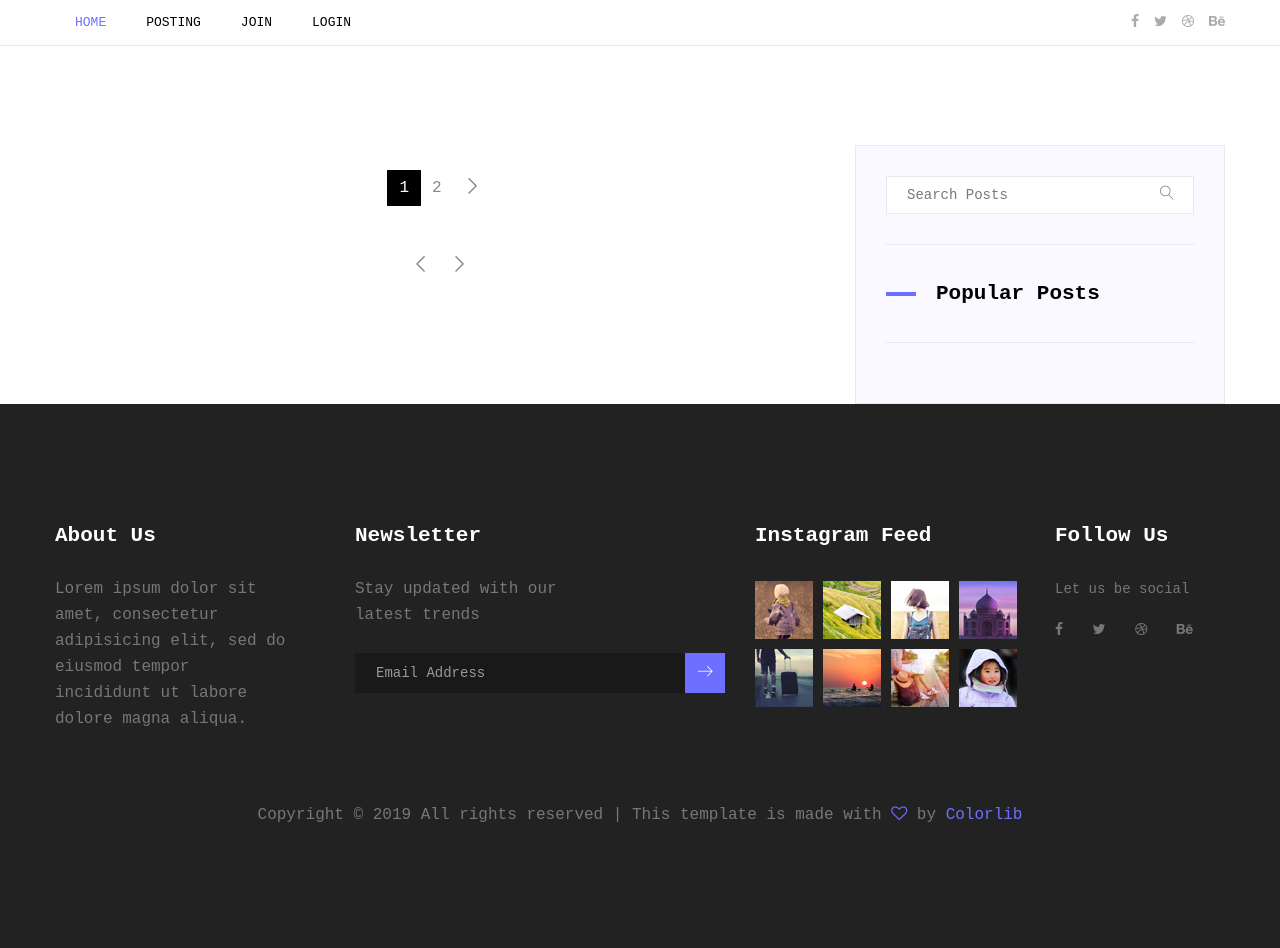
Repository: heonyKim/JSP
Page: http://localhost/blog/board?cmd=list&page=1
The author's editor kept a copy of each file at every save. The page is drawn from the files as they stood at one save, then again after the next save.
The browser window is 1280 px wide. The pictures show the whole page.
Some web fonts or font styles are not loaded; a fallback is used. The page is served by Tomcat 9. Other server files are loaded and not shown. Queries for data that is not in the repository find no rows.

Above is the page before, as saved 2019-11-01 01:40:50.

### blog_project/blog/WebContent/board/list.jsp
<%@ page language="java" contentType="text/html; charset=UTF-8" pageEncoding="UTF-8"%>
<%@ taglib prefix="c" uri="http://java.sun.com/jsp/jstl/core"%>


<!-- import nav.jsp -->
<%@ include file="/include/nav.jsp"%>

<!--================Blog Area =================-->
<section class="blog_area">
	<div class="container">
		<div class="row">
			<div class="col-lg-8">
				<div class="blog_left_sidebar">


					<!-- 페이징 하기 -->
					<nav class="blog-pagination justify-content-center d-flex">
						<ul class="pagination">

							<c:if test="${param.page gt 1}">
							<li class="page-item"><a href="/blog/board?cmd=list&page=${param.page-1}" class="page-link" aria-label="Previous"> <span aria-hidden="true"> <span class="lnr lnr-chevron-left"></span>
								</span>
							</a>
							</li>
							</c:if>
							<c:if test="${param.page-1 gt 0}">


								<li class="page-item"><a href="#" class="page-link">${param.page-1}</a></li>
							</c:if>

							<li class="page-item active"><a href="#" class="page-link">${param.page}</a></li>


							<li class="page-item"><a href="#" class="page-link">${param.page+1}</a></li>


							<li class="page-item"><a href="/blog/board?cmd=list&page=${param.page+1}" class="page-link" aria-label="Next"> <span aria-hidden="true"> <span class="lnr lnr-chevron-right"></span>
								</span>
							</a></li>

						</ul>
					</nav>
					<!-- 페이징 끝 -->

					<c:forEach var="board" items="${boards}">
						<!--시작-->
						<article class="blog_style1">
							<div class="blog_img">
								<img class="img-fluid" style="width: 100%; max-height: 340px;" src="${board.previewImg}" alt="">
							</div>
							<div class="blog_text">
								<div class="blog_text_inner">
									<div class="cat">
										<a class="cat_btn" href="#">${board.user.username }</a> <a href="#"><i class="fa fa-calendar" aria-hidden="true"></i> ${board.createDate }</a> <a href="#"><i class="fa fa-comments-o"
											aria-hidden="true"></i> ${board.readCount }</a>
									</div>
									<a href="#"><h4>${board.title}</h4></a>
									<div class="board_list_content">${board.content }</div>
									<a class="blog_btn" href="/blog/board?cmd=detail&id=${board.id}">Read More</a>
								</div>
							</div>
						</article>
						<!--끄읕 -->
					</c:forEach>


					<!-- 페이징 하기 -->
					<nav class="blog-pagination justify-content-center d-flex">
						<ul class="pagination">
							<li class="page-item"><a href="/blog/board?cmd=list&page=${param.page-1}" class="page-link" aria-label="Previous"> <span aria-hidden="true"> <span class="lnr lnr-chevron-left"></span>
								</span>
							</a></li>

							<li class="page-item"><a href="/blog/board?cmd=list&page=${param.page+1}" class="page-link" aria-label="Next"> <span aria-hidden="true"> <span class="lnr lnr-chevron-right"></span>
								</span>
							</a></li>
						</ul>
					</nav>
					<!-- 페이징 끝 -->

				</div>
			</div>
			<div class="col-lg-4">
				<div class="blog_right_sidebar">
					<aside class="single_sidebar_widget search_widget">
						<div class="input-group">
							<input type="text" class="form-control" placeholder="Search Posts"> <span class="input-group-btn">
								<button class="btn btn-default" type="button">
									<i class="lnr lnr-magnifier"></i>
								</button>
							</span>
						</div>
						<!-- /input-group -->
						<div class="br"></div>
					</aside>

					<aside class="single_sidebar_widget popular_post_widget">
						<h3 class="widget_title">Popular Posts</h3>


						<!-- 인기게시물 TOP3 -->
						<c:forEach var="board" items="${hotBoards}">

							<div class="media post_item">
								<img src="${board.previewImg}" width="100px" height="60px" alt="post">
								<div class="media-body">
									<a href="/blog/board?cmd=detail&id=${board.id}"><h3>${board.title }</h3></a>
									<p>${board.createDate}</p>
								</div>
							</div>

						</c:forEach>
						<!-- 인기게시물 TOP3 -->


						<div class="br"></div>
					</aside>
				</div>
			</div>
		</div>
	</div>
</section>


<!--================Blog Area =================-->

<!-- import footer.jsp -->
<%@ include file="/include/footer.jsp"%>

### blog_project/blog/WebContent/include/nav.jsp
<%@ page language="java" contentType="text/html; charset=UTF-8" pageEncoding="UTF-8"%>
<%@ taglib prefix="c" uri="http://java.sun.com/jsp/jstl/core"%>
<!doctype html>
<html lang="en">
<head>
<!-- Required meta tags -->
<meta charset="utf-8">
<meta name="viewport" content="width=device-width, initial-scale=1, shrink-to-fit=no">
<link rel="icon" href="/blog/img/favicon.png" type="image/png">
<title>Blog</title>
<!-- Bootstrap CSS -->
<link rel="stylesheet" href="/blog/css/bootstrap.css">
<link rel="stylesheet" href="/blog/vendors/linericon/style.css">
<link rel="stylesheet" href="/blog/css/font-awesome.min.css">
<link rel="stylesheet" href="/blog/vendors/owl-carousel/owl.carousel.min.css">
<link rel="stylesheet" href="/blog/vendors/lightbox/simpleLightbox.css">
<link rel="stylesheet" href="/blog/vendors/nice-select/css/nice-select.css">
<link rel="stylesheet" href="/blog/vendors/animate-css/animate.css">
<link rel="stylesheet" href="/blog/vendors/jquery-ui/jquery-ui.css">
<!-- main css -->
<link rel="stylesheet" href="/blog/css/style.css">
<link rel="stylesheet" href="/blog/css/responsive.css">
<style>
.board_list_content {
	display:block;
	display: -webkit-box;
	-webkit-box-orient: vertical;
	text-align: left;
	overflow: hidden;
	text-overflow: ellipsis;
	white-space: normal;
	line-height: 1.4;
	height : 2.6em;
	-webkit-line-clamp: 2;
	margin-bottom: 20px;
	word-break: break-all;
}
</style>
</head>
<body>

	<!--================Header Menu Area =================-->
	<header class="header_area">
		<div class="main_menu">
			<nav class="navbar navbar-expand-lg navbar-light">
				<div class="container box_1620">
					<!-- Brand and toggle get grouped for better mobile display -->
					<a class="navbar-brand logo_h" href="/blog/index.jsp"><img src="/blog/img/logo.png" alt=""></a>
					<button class="navbar-toggler" type="button" data-toggle="collapse" data-target="#navbarSupportedContent" aria-controls="navbarSupportedContent" aria-expanded="false"
						aria-label="Toggle navigation">
						<span class="icon-bar"></span> <span class="icon-bar"></span> <span class="icon-bar"></span>
					</button>
					<!-- Collect the nav links, forms, and other content for toggling -->
					<div class="collapse navbar-collapse offset" id="navbarSupportedContent">
						<ul class="nav navbar-nav menu_nav">
							<li class="nav-item active"><a class="nav-link" href="/blog/index.jsp">Home</a></li>
							<li class="nav-item"><a class="nav-link" href="/blog/board/write.jsp">Posting</a></li>




							<c:choose>
								<c:when test="${empty sessionScope.user}">
									<li class="nav-item"><a class="nav-link" href="/blog/user/join.jsp">Join</a></li>
									<li class="nav-item"><a class="nav-link" href="/blog/user/login.jsp">LOGIN</a></li>

								</c:when>
								<c:otherwise>
									<li class="nav-item"><a class="nav-link" href="/blog/user/update.jsp">PROFILE</a></li>
									<li class="nav-item"><a class="nav-link" href="/blog/user?cmd=logout">LOGOUT</a></li>
								</c:otherwise>
							</c:choose>



						</ul>
						<ul class="nav navbar-nav navbar-right header_social ml-auto">
							<li class="nav-item"><a href="#"><i class="fa fa-facebook"></i></a></li>
							<li class="nav-item"><a href="#"><i class="fa fa-twitter"></i></a></li>
							<li class="nav-item"><a href="#"><i class="fa fa-dribbble"></i></a></li>
							<li class="nav-item"><a href="#"><i class="fa fa-behance"></i></a></li>
						</ul>
					</div>
				</div>
			</nav>
		</div>

	</header>
	<!--================Header Menu Area =================-->

### blog_project/blog/src/com/cos/controller/BoardController.java
package com.cos.controller;

import java.io.IOException;

import javax.servlet.ServletException;
import javax.servlet.annotation.WebServlet;
import javax.servlet.http.HttpServlet;
import javax.servlet.http.HttpServletRequest;
import javax.servlet.http.HttpServletResponse;

import com.cos.action.Action;
import com.cos.action.board.BoardFactory;
import com.cos.action.user.UserFactory;

/*
 *  http://localhost:8000/blog/board?cmd=list
 */

@WebServlet("/board")
public class BoardController extends HttpServlet {
	private static final long serialVersionUID = 1L;

    public BoardController() { super();}

	protected void doGet(HttpServletRequest request, HttpServletResponse response) throws ServletException, IOException {
		//1. 들어오는 모든 문자를 UTF-8로 인코딩
		request.setCharacterEncoding("UTF-8");
		//2. command 처리
		String cmd = request.getParameter("cmd");
		//3. command 검증
		if(cmd == null || cmd.equals("")) {
			cmd = "list";
		}
		//4. Factory 연결
		Action action = BoardFactory.getAction(cmd);
		//5. execute 실행
		if(action != null) {
			action.execute(request, response);
		}
	}


	protected void doPost(HttpServletRequest request, HttpServletResponse response) throws ServletException, IOException {
		doGet(request, response);
	}
}

### blog_project/blog/src/com/cos/action/board/BoardFactory.java
package com.cos.action.board;

import com.cos.action.Action;
import com.cos.action.BoardWriteAction;

public class BoardFactory {
	public static Action getAction(String cmd) {

		if(cmd.equals("write")){
			return new BoardWriteAction();
		}else if(cmd.equals("list")){
			return new BoardListAction();
		}else if(cmd.equals("detail")) {
			return new BoardDetailAction();
		}else if(cmd.equals("delete")) {
			return new BoardDeleteAction();
		}else if(cmd.equals("updateForm")) {
			return new BoardUpdateFormAction();
		}else if(cmd.equals("updateBoard")) {
			return new BoardUpdateBoard();
		}

		return null;
	}
}

### blog_project/blog/src/com/cos/action/Action.java
package com.cos.action;

import java.io.IOException;
import javax.servlet.ServletException;
import javax.servlet.http.HttpServletRequest;
import javax.servlet.http.HttpServletResponse;

public interface Action {
	public void execute(HttpServletRequest request, HttpServletResponse response) throws ServletException, IOException;
}

### blog_project/blog/src/com/cos/action/board/BoardListAction.java
package com.cos.action.board;

import java.io.IOException;
import java.util.ArrayList;
import java.util.List;

import javax.servlet.RequestDispatcher;
import javax.servlet.ServletException;
import javax.servlet.http.HttpServletRequest;
import javax.servlet.http.HttpServletResponse;

import com.cos.action.Action;
import com.cos.dao.BoardDao;
import com.cos.model.Board;
import com.cos.util.Utils;

public class BoardListAction implements Action{

	private final static String TAG="BoardListAction : ";

	@Override
	public void execute(HttpServletRequest request, HttpServletResponse response) throws ServletException, IOException {

		if(request.getParameter("page")==null) return;

		int page = Integer.parseInt(request.getParameter("page"));


		//page<=0 혹은 page>maxNum 버튼 비활성화

		if(page <=0) {
			page = 1;
		}

		BoardDao bDao = new BoardDao();
		List<Board> boards = bDao.findAll(page);
		List<Board> hotBoards = bDao.findOrderByReadCountDesc();
		int maxPage = bDao.findMaxPage();

		Utils.setPreviewImg(boards);		//이미지를 previewImg에 저장
		Utils.setPreviewContent(boards);	//이미지 태그 제거
		Utils.setPreviewImg(hotBoards);		//이미지를 prviewImg에 저장(추가)

		request.setAttribute("boards", boards);
		request.setAttribute("hotBoards", hotBoards);
		request.setAttribute("maxPage", maxPage);
		RequestDispatcher dis =request.getRequestDispatcher("/board/list.jsp");
		dis.forward(request, response);
	}

}

### blog_project/blog/src/com/cos/dao/DBConn.java
package com.cos.dao;

import java.sql.Connection;

import javax.naming.Context;
import javax.naming.InitialContext;
import javax.sql.DataSource;

public class DBConn {
	public static Connection getConnection() {


		try {
			Context initContext = new InitialContext();
			Context envContext  = (Context)initContext.lookup("java:/comp/env");
			DataSource ds = (DataSource)envContext.lookup("jdbc/TestDB");
			Connection conn = ds.getConnection();
			System.out.println("DB 연결성공");
			return conn;
		} catch (Exception e) {
			System.out.println("DB 연결실패");
			e.printStackTrace();
		}
		return null;

	}
}

### blog_project/blog/src/com/cos/util/DBClose.java
package com.cos.util;

import java.sql.Connection;
import java.sql.PreparedStatement;
import java.sql.ResultSet;
import java.sql.SQLException;

public class DBClose {

	/*
	 * DML(INSERT,UPDATE,DELETE) CLOSE
	 */
	public static void close(Connection conn, PreparedStatement pstmt) {
		try {
			conn.close();
			pstmt.close();
		} catch (SQLException e) {
			e.printStackTrace();
		}
	}



	/*
	 * DQL(SELECT) CLOSE
	 */
	public static void close(Connection conn, PreparedStatement pstmt, ResultSet rs) {
		try {
			conn.close();
			pstmt.close();
			rs.close();
		} catch (SQLException e) {
			e.printStackTrace();
		}
	}



}

### blog_project/blog/src/com/cos/util/Utils.java
package com.cos.util;

import java.util.List;

import org.jsoup.Jsoup;
import org.jsoup.nodes.Document;
import org.jsoup.nodes.Element;
import org.jsoup.select.Elements;
import org.junit.jupiter.api.Test;

import com.cos.model.Board;

public class Utils {

	// 미리보기 내용을 세팅하기
	public static void setPreviewContent(List<Board> boards) {

		for (Board board : boards) {

			Document doc = Jsoup.parse(board.getContent()); // 원하는 String을 HTML 형식으로 문서화
			Elements ets = doc.select("img");

			if (ets != null) {
				for (Element et : ets) {
					et.remove();
				}
			}
			board.setContent(doc.toString());
		}

	}

	// 미리보기 이미지 세팅하기

	public static void setPreviewImg(List<Board> boards) {

		for (Board board : boards) {

			Document doc = Jsoup.parse(board.getContent());

			Element uet = doc.selectFirst("a");
			Element et = doc.selectFirst("img");

			if (et != null) {

				String previewImg = et.attr("src"); // https://~

				board.setPreviewImg(previewImg);

			} else if (uet != null) {
				String href = uet.attr("href");
				if (href.contains("https://www.youtube.com/watch")) {
					String video[] = href.split("=");
					String v = video[1];
					String youtubeThumbnail = "https://img.youtube.com/vi/" + v + "/hqdefault.jpg";
					board.setPreviewImg(youtubeThumbnail);
				}

			} else {
				board.setPreviewImg("/blog/img/home-blog/blog-1.jpg");
			}
		}

	}

	// 유튜브 미리보기화면 세팅하기
	public static void setPreviewYoutube(Board board) {

		Document doc = Jsoup.parse(board.getContent());
//		System.out.println(doc);
		Elements ets = doc.select("a");

		if (ets != null) {
			for (Element et : ets) {
				String href = et.attr("href");
//				System.out.println("href : " + href);
				if (href.contains("https://www.youtube.com/watch") && !et.text().equals("")) {
					String video[] = href.split("=");
					String v = video[1];
//					System.out.println(v);

					String iframe = "<br><iframe src = 'https://www.youtube.com/embed/" + v + "' "
							+ "width='600px' height='350px' allowfullscreen>";
//					System.out.println(iframe);

					et.after(iframe);
//					System.out.println(et.after(doc));

				}
				board.setContent(doc.toString());// board 완성
			}
		} // end of if

	}// end of function

	@Test
	public void previewYoutubeTest() {

		String content = "<a href = 'https://www.youtube.com/watch?v=ysAnT3QBLZE'>https://www.youtube.com/watch?v=ysAnT3QBLZE</a>";
		Document doc = Jsoup.parse(content);
//		System.out.println(doc);
		Elements ets = doc.select("a");

		if (ets != null) {
			for (Element et : ets) {
				String href = et.attr("href");

				System.out.println(et.text());

//				System.out.println("href : " + href);
				if (href.contains("https://" + "www.youtube.com/watch")) {
					String video[] = href.split("=");
					String v = video[1];
//					System.out.println(v);
					String iframe = "<br><iframe src = 'https://www.youtube.com/embed/" + v + "' "
							+ "width='600px' height='350px' allowfullscreen>";
//					System.out.println(iframe);
					et.after(iframe);
					System.out.println("");
					System.out.println(doc.toString());
				}

			}
		} // end of if

	}// end of function

}

Loaded but not shown: blog_project/blog/WebContent/css/bootstrap.css (library); blog_project/blog/WebContent/vendors/linericon/style.css (library); blog_project/blog/WebContent/css/font-awesome.min.css (library); blog_project/blog/WebContent/vendors/owl-carousel/owl.carousel.min.css (common file); blog_project/blog/WebContent/vendors/lightbox/simpleLightbox.css (library); blog_project/blog/WebContent/vendors/nice-select/css/nice-select.css (library); blog_project/blog/WebContent/vendors/animate-css/animate.css (library); blog_project/blog/WebContent/vendors/jquery-ui/jquery-ui.css (library); blog_project/blog/WebContent/js/jquery-3.2.1.min.js (library); blog_project/blog/WebContent/js/popper.js (library); blog_project/blog/WebContent/js/bootstrap.min.js (library); blog_project/blog/WebContent/js/stellar.js (library); blog_project/blog/WebContent/vendors/lightbox/simpleLightbox.min.js (library); blog_project/blog/WebContent/vendors/nice-select/js/jquery.nice-select.min.js (common file); blog_project/blog/WebContent/vendors/isotope/imagesloaded.pkgd.min.js (library); blog_project/blog/WebContent/vendors/isotope/isotope-min.js (library); blog_project/blog/WebContent/vendors/owl-carousel/owl.carousel.min.js (library); blog_project/blog/WebContent/vendors/jquery-ui/jquery-ui.js (library); blog_project/blog/WebContent/js/jquery.ajaxchimp.min.js (library); blog_project/blog/WebContent/js/theme.js (283 lines, source omitted); blog_project/blog/WebContent/js/mail-script.js (31 lines, source omitted); blog_project/blog/WebContent/css/style.css (3905 lines, source omitted); blog_project/blog/WebContent/css/responsive.css (373 lines, source omitted); blog_project/blog/src/com/cos/dao/BoardDao.java (250 lines, source omitted); blog_project/blog/WebContent/include/footer.jsp (97 lines, source omitted)

After the next save:
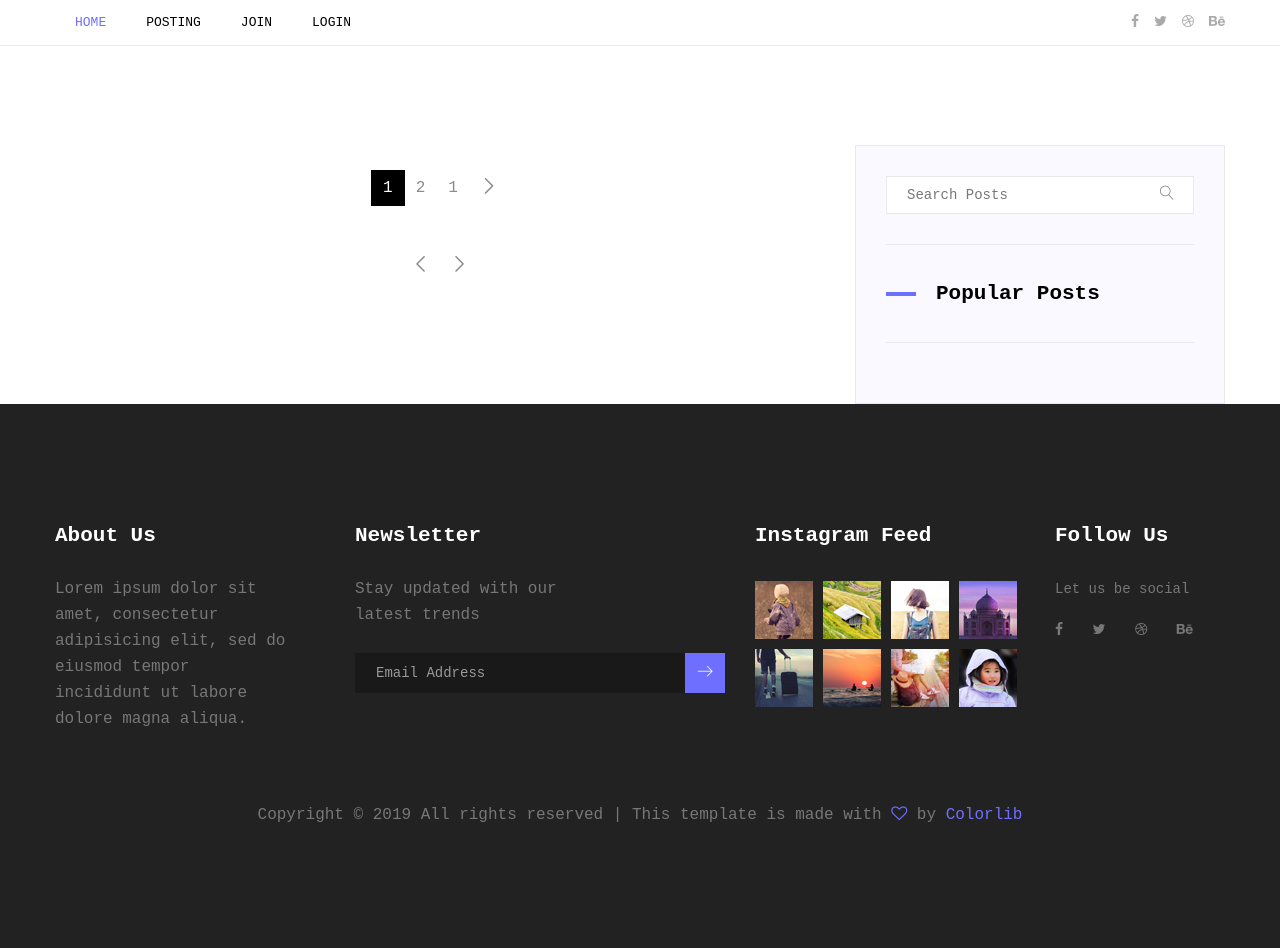
Saved 112 s later.
--- a/blog_project/blog/WebContent/board/list.jsp
+++ b/blog_project/blog/WebContent/board/list.jsp
@@ -33,6 +33,7 @@
 
 
 							<li class="page-item"><a href="#" class="page-link">${param.page+1}</a></li>
+							<li class="page-item"><a href="#" class="page-link">${maxPage}</a></li>
 
 
 							<li class="page-item"><a href="/blog/board?cmd=list&page=${param.page+1}" class="page-link" aria-label="Next"> <span aria-hidden="true"> <span class="lnr lnr-chevron-right"></span>

After the save that followed:
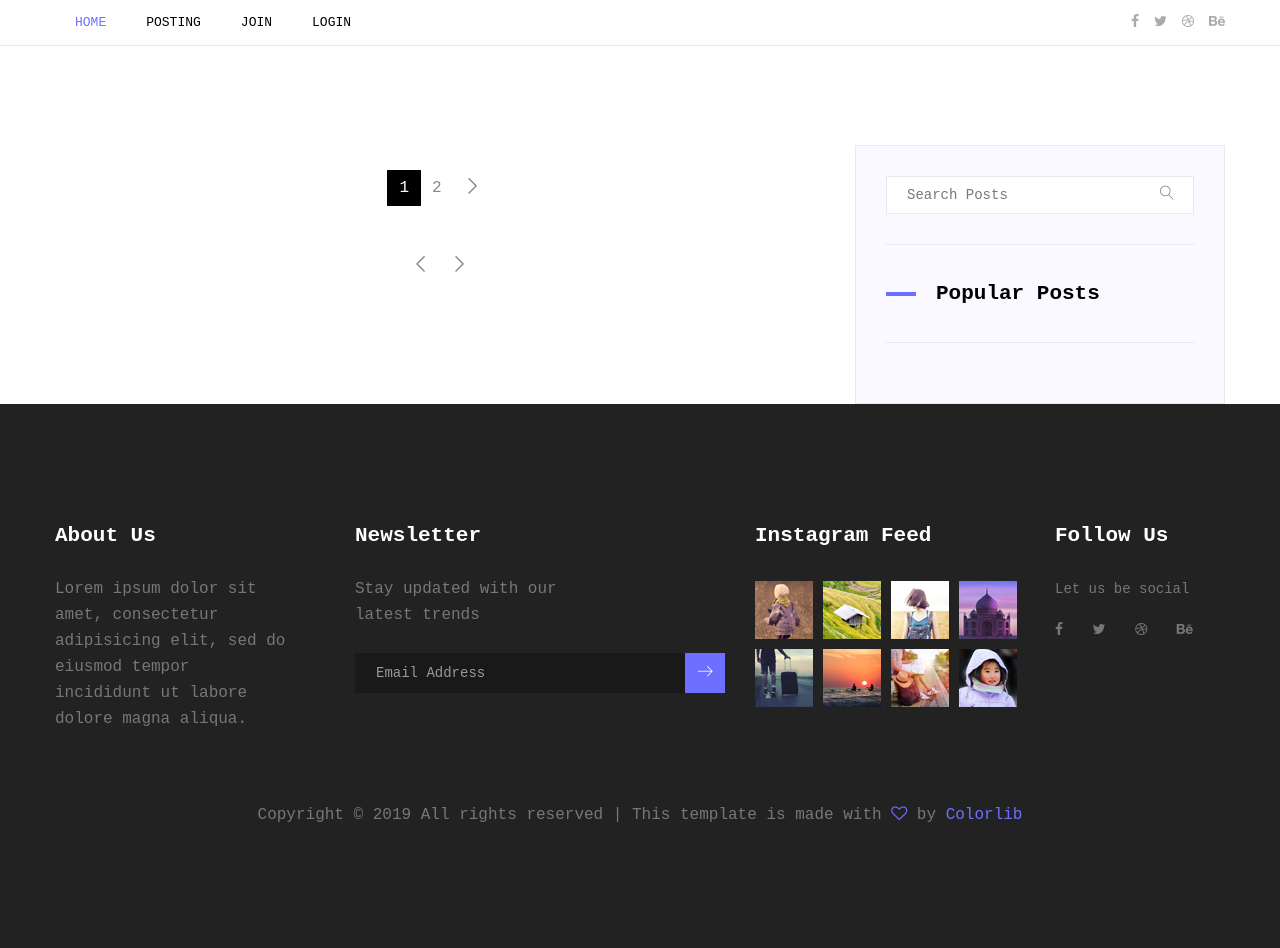
Saved 47 s later.
--- a/blog_project/blog/WebContent/board/list.jsp
+++ b/blog_project/blog/WebContent/board/list.jsp
@@ -33,7 +33,6 @@
 
 
 							<li class="page-item"><a href="#" class="page-link">${param.page+1}</a></li>
-							<li class="page-item"><a href="#" class="page-link">${maxPage}</a></li>
 
 
 							<li class="page-item"><a href="/blog/board?cmd=list&page=${param.page+1}" class="page-link" aria-label="Next"> <span aria-hidden="true"> <span class="lnr lnr-chevron-right"></span>
